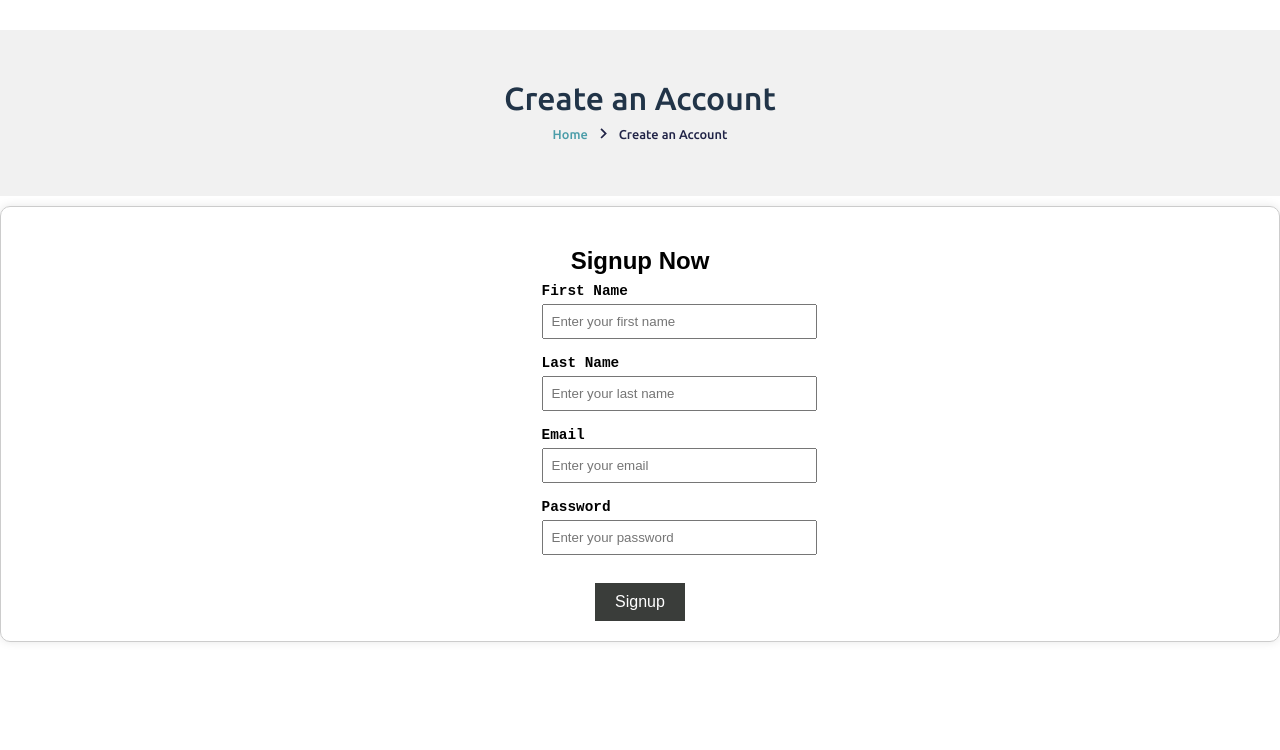
Repository: jkvekariya/Online-store-Management
Page: /auth/signup (app in frontend/client/)
An editor plug-in stored every save of this project. The page is shown before and after the next save, followed by the edit.
The browser window is 1280 px wide. The pictures show the whole page.
Some web fonts or font styles are not loaded; a fallback is used. The project was rebuilt for these pictures with package versions that can differ from the ones it lists, and the page was loaded fresh each time. Also part of the build but not shown: frontend/client/vite.config.js, frontend/client/src/css/header.css, frontend/client/src/css/sidebar.css, frontend/client/src/components/Sidebar.jsx, frontend/client/src/context/CartContext.jsx, frontend/client/src/components/Header.jsx, frontend/client/src/css/footer.css, frontend/client/src/components/Footer.jsx and 11 more.

Above is the page before, as saved 2026-01-02 14:01:29.

After the next save:
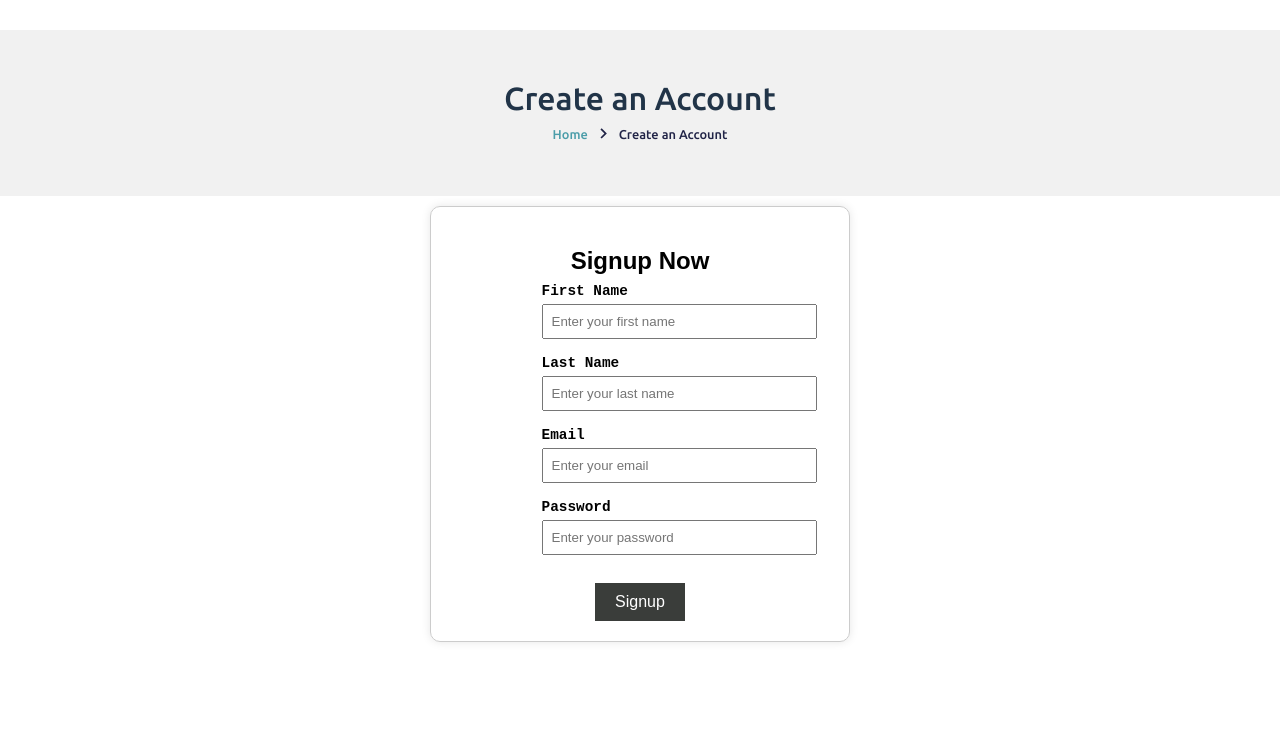
Saved 16 s later.
--- a/frontend/client/src/css/signup.css
+++ b/frontend/client/src/css/signup.css
@@ -1,5 +1,6 @@
 .main-container{
     width: 100%;
+    max-width: 420px;
     /* margin: auto; */
     border: 1px solid #ccc;
     padding: 20px;
